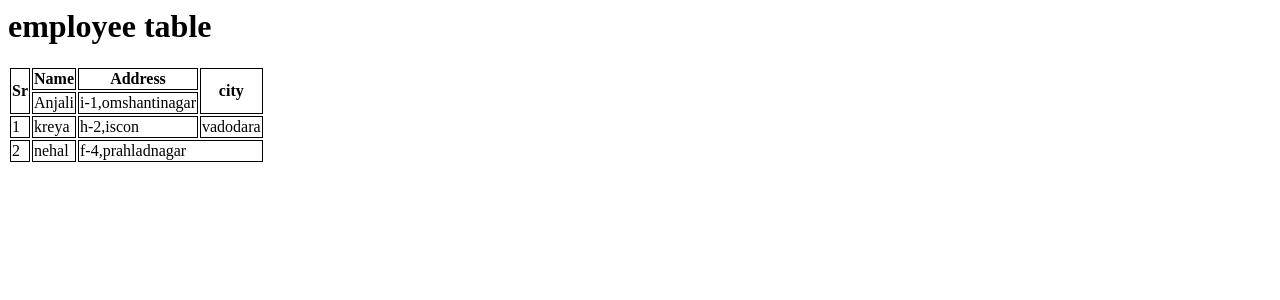
Repository: pratixa-chauhan/practice
Page: style/table3.html
These files come from the project's save history. The page is drawn as it stood at one moment and after the next save; the edit follows.
The browser window is 1280 px wide. The pictures show the whole page.

Above is the page before, as saved 2021-12-16 17:56:37.

### style/table3.html
<html>
    <style>
        table td,th{
            border:1px solid black;
            font-size:bold;
        }

    </style>
    <h1>employee table</h1>
    <table style="withd:1000%">
    <tr>
        <th rowspan="2">Sr</th>
        <th>Name</th>
        <th>Address</th>
        <th rowspan="2">city</th>

    </tr>
    <tr>

        <td>Anjali</td>
        <td>i-1,omshantinagar</td>


        <tr>
            <td>1</td>
            <td>kreya</td>
            <td>h-2,iscon</td>
            <td>
               vadodara
            </td>
        </tr>
        <td>
            2
        </td>
        <td>
            nehal
        </td>
        <td colspan="2">
            f-4,prahladnagar

        </td>

    </tr>
    </table>


</html>

After the next save:
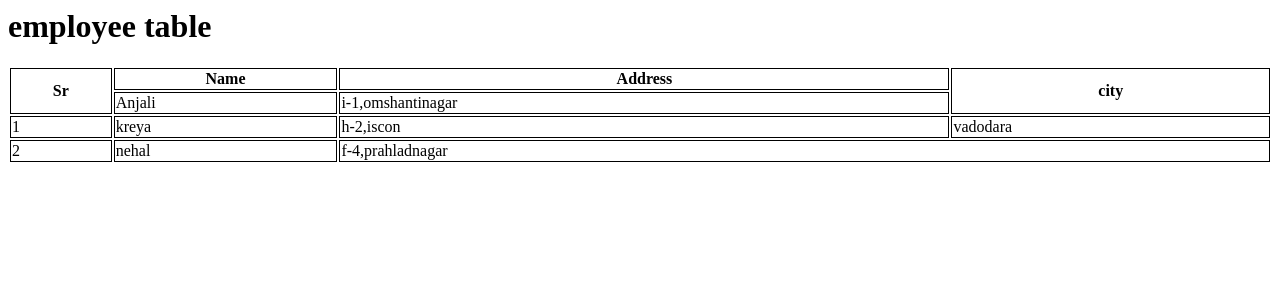
Saved 2 min 9 s later.
--- a/style/table3.html
+++ b/style/table3.html
@@ -7,7 +7,7 @@
 
     </style>
     <h1>employee table</h1>
-    <table style="withd:1000%">
+    <table style="width: 100%">
     <tr>
         <th rowspan="2">Sr</th>
         <th>Name</th>
